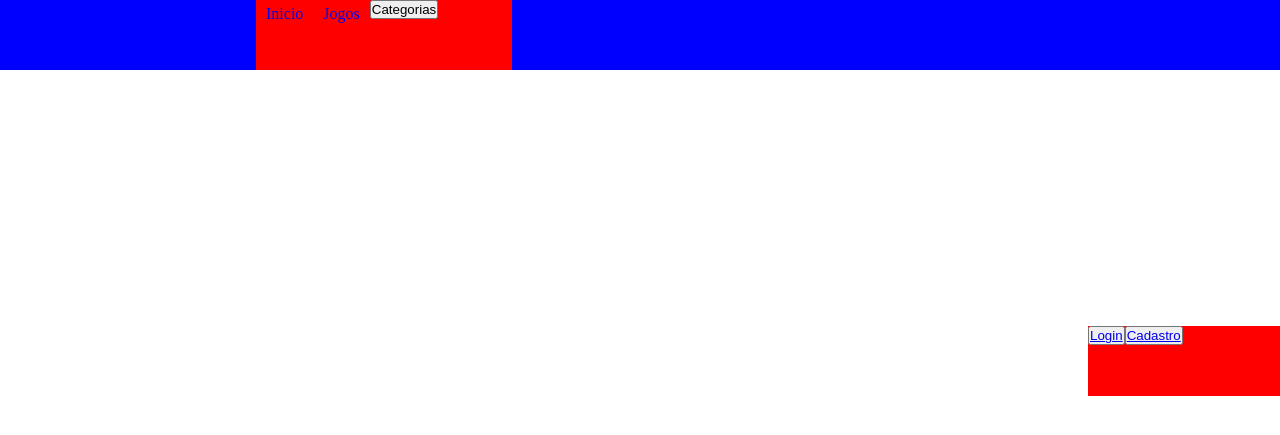
Repository: MarcoantonioCaldeira/Projeto-Go-Gamming
Page: /
An editor plug-in stored every save of this project. The page is shown before and after the next save, followed by the edit.
The browser window is 1280 px wide. The pictures show the whole page.
The project was rebuilt for these pictures with package versions that can differ from the ones it lists, and the page was loaded fresh each time. Also part of the build but not shown: src/pages/Inicio/estilo.css, src/pages/rodape/rodape.js, src/pages/Inicio/Inicio.js, src/pages/Jogos/Jogos.js, src/pages/Categorias/Acao.js, src/pages/Categorias/Aventura.js, src/pages/Categorias/Arcades.js, src/pages/Categorias/Familia.js and 7 more.

Above is the page before, as saved 2023-02-05 14:07:09.

### src/App.js
import ReactDOM from "react-dom/client";
import "./fonts/Poppins.ttf";
import { BrowserRouter, Routes, Route } from "react-router-dom";

import Menu from "./pages/Menu/Menu";
import Inicio from "./pages/Inicio/Inicio";

//Categorias
import Jogos from "./pages/Jogos/Jogos";
import Acao from "./pages/Categorias/Acao";
import Aventura from "./pages/Categorias/Aventura";
import Arcades from "./pages/Categorias/Arcades";
import Familia from "./pages/Categorias/Familia";
import Independentes from "./pages/Categorias/Independentes";
import Jogos_RPG from "./pages/Categorias/Jogos_RPG";
import Gratuitos from "./pages/Categorias/Gratuitos";
import Terror from "./pages/Categorias/Terror";
import Suspence from "./pages/Categorias/Suspence";


import Login from "./pages/Login/Login";
import Cadastro from "./pages/Cadastro/Cadastro";

function App() {
  return (
   <BrowserRouter>
    <Routes>
      <Route path="/" element={<Menu />}>
        <Route path="Inicio" element={<Inicio />}/>
        <Route path="jogos" element={< Jogos />}/>
          <Route path="Acao" element={<Acao />}/>
          <Route path="Aventura" element={<Aventura />}/>
          <Route path="Arcades" element={<Arcades />}/>
          <Route path="Familia" element={<Familia />}/>
          <Route path="Independentes" element={<Independentes />}/>
          <Route path="Jogos_RPG" element={<Jogos_RPG />}/>
          <Route path="Gratuitos" element={<Gratuitos />}/>
          <Route path="Terror" element={<Terror />}/>
          <Route path="Suspence" element={<Suspence />}/>
        <Route path="Login" element={<Login />}/>
        <Route path="Cadastro" element={<Cadastro />}/>
      </Route>
    </Routes>
   </BrowserRouter>
  );
}

const root = ReactDOM.createRoot(document.getElementById('root'))
root.render(<App />);
export default App;

### src/pages/Menu/Menu.js
import { Outlet, Link } from "react-router-dom";
import './estilo.css';


const Menu = () => {
  return (
      <>
        <nav id="nav_bar">
          <ul id="menu">
            <li>
              <Link to="./Inicio">Inicio</Link>
            </li>
            <li>
              <Link to="./Jogos">Jogos</Link>
            </li>
            <div class="dropdown" >
              <button class="dropbtn">Categorias</button>
                  <div class="dropdown-content">
                    <a><Link to="./Acao">Ação</Link></a>
                    <a><Link to="./Aventura">Aventura</Link></a>
                    <a><Link to="./Arcades">Arcades</Link></a>
                    <a><Link to="./Familia">Familia</Link></a>
                    <a><Link to="./Independentes">Independetes</Link></a>
                    <a><Link to="./Jogos_RPG">Jogos_RPG</Link></a>
                    <a><Link to="./Gratuitos">Gratuitos</Link></a>
                    <a><Link to="./Terror">Torror</Link></a>
                    <a><Link to="./Suspence">Suspence</Link></a>
                  </div>
            </div>
          </ul>
          <div id="area_cliente">
            <button><Link to="./Login">Login</Link></button>
            <button><Link to="./Cadastro">Cadastro</Link></button>
          </div>
        </nav>
        <Outlet />
      </>
  )
};

export default Menu;

### src/pages/Menu/estilo.css

*{
    margin: 0;
    padding: 0;
}

/* a, ul{
    display: inline;
    color: white;
    text-decoration: none !important;
    font-family: Arial;
} */


#nav_bar{
    width: 100%;
    height: 70px;
    background-color: blue;
}


#menu{
    width:20%;
    height: 70px;
    margin-left: 20%;
    background-color: red;
    list-style:none;
}

#nav_bar li{
    position:relative;
    float:left;
}

#nav_bar li a{ text-decoration:none; padding:5px 10px; display:block;}

/* DropDown Button */

.dropdown {
    position: relative;
    display: inline-block;
}


.dropbtn {
    /* background-color: #4CAF50; */
    /* color: white; */
    /* padding: 16px; */
    /* font-size: 16px; */
    /* border: none; */
    /* cursor: pointer; */
}


.dropdown-content {
    display: none;
    position: absolute;
    background-color: #f9f9f9;
    font-weight: 500;
    font-family: 'Montserrat', sans-serif;;
    min-width: 160px;
    box-shadow: 0px 8px 16px 0px rgba(0,0,0,0.2);
    z-index: 1;
  }

  .dropdown-content a {
    color: black;
    padding: 12px 16px;
    text-decoration: none;
    display: block;
  }

  .dropdown-content a:hover {background-color: #f1f1f1}


  .dropdown:hover .dropdown-content {
    display: block;
  }

  /* Area do Cliente */

  #area_cliente{
    position: relative;
    width: 15%;
    margin-left: 85%;
    margin-top: 20%;
    height: 70px;
    background-color: red;
  }

Loaded but not shown: public/index.html (common file); src/index.js (common file); src/reportWebVitals.js (common file)

After the next save:
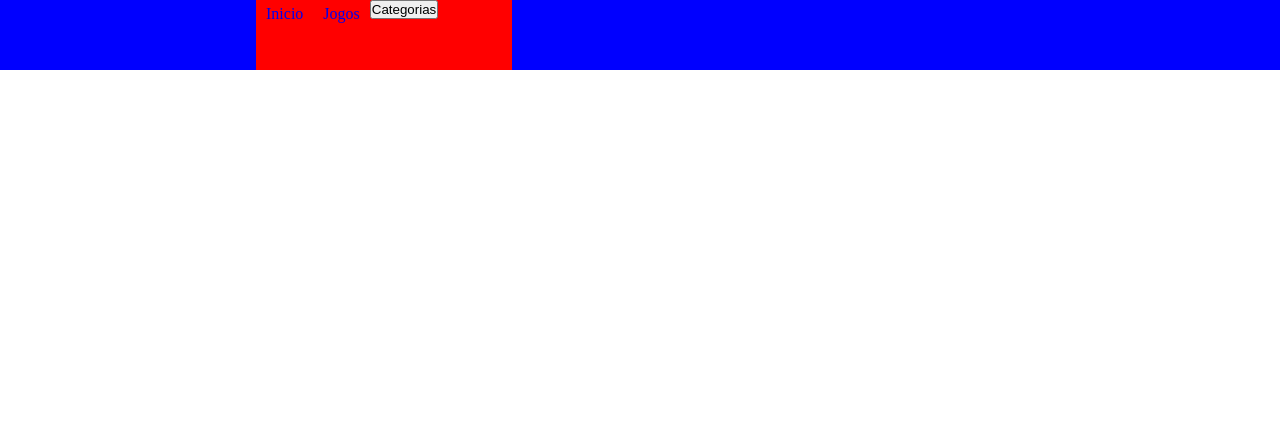
Saved 4 s later.
--- a/src/pages/Menu/estilo.css
+++ b/src/pages/Menu/estilo.css
@@ -83,7 +83,7 @@
     position: relative;
     width: 15%;
     margin-left: 85%;
-    margin-top: 20%;
+    margin-top: -20%;
     height: 70px;
     background-color: red;
   }
